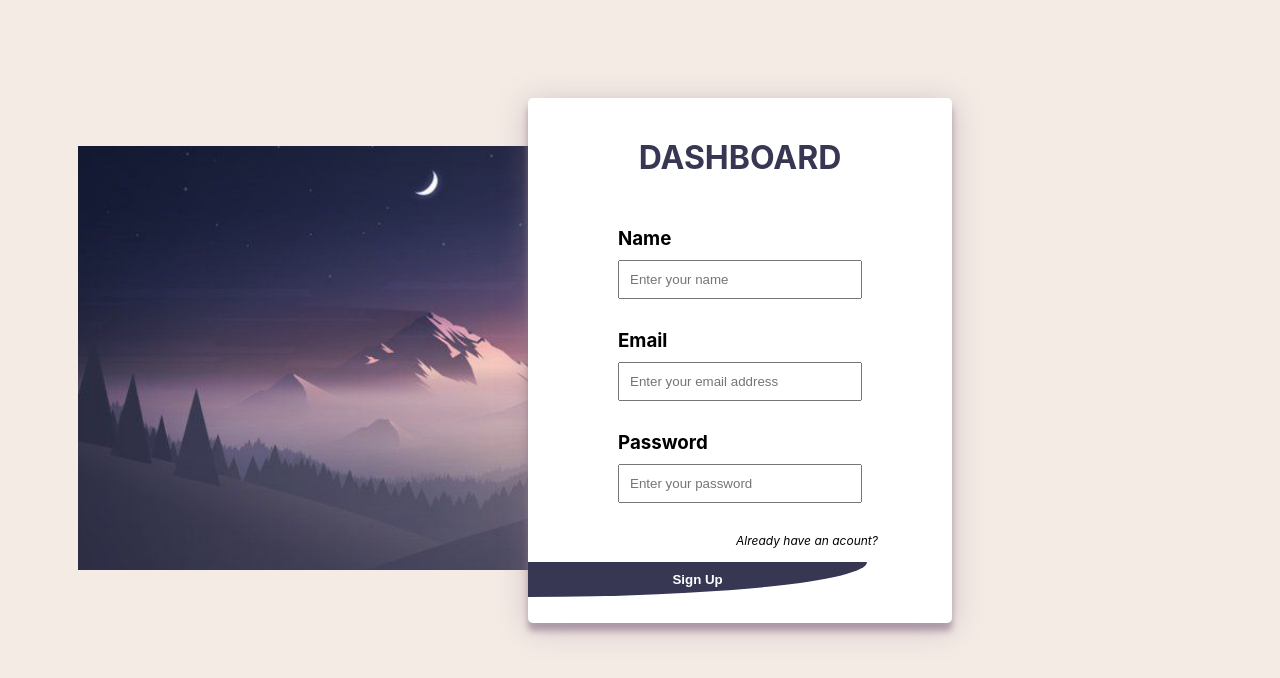
Repository: syni18/internshala-project
Page: /, after clicking the first element matching `p`
An editor plug-in stored every save of this project. The page is shown before and after a run of saves, followed by the edit.
The browser window is 1280 px wide. The pictures show the whole page.
The project was rebuilt for these pictures with package versions that can differ from the ones it lists, and the page was loaded fresh each time. Also part of the build but not shown: src/dashboard/sidebar.css, src/dashboard/Sidebar.jsx, src/home/home.css, src/home/Home.jsx, src/profile/profile.css, src/profile/Profile.jsx, src/todocal/TodoList.jsx, src/todocal/Todo.jsx and 3 more.

Above is the page before, as saved 2022-08-30 16:23:29.

### src/StateProvider.jsx
import { createContext, useContext, useState, useEffect } from "react";
import {
  signInWithEmailAndPassword,
  createUserWithEmailAndPassword,
  onAuthStateChanged,
  signOut,
  updateProfile,
  sendPasswordResetEmail,
} from "firebase/auth";
import { auth } from "./firebaseconfig";

export const UserContext = createContext({});

export const useUserContext = () => {
  return useContext(UserContext);
};

export const UserContextProvider = ({ children }) => {
  const [user, setUser] = useState(null);
  const [loading, setLoading] = useState(false);
  const [error, setError] = useState("");

  useEffect(() => {

    setLoading(true);
    const unsubscribe = onAuthStateChanged(auth, (res) => {
      if (res) {
        setUser(res);
      } else {
        setUser(null);
      }
      setError("");
      setLoading(false);
    });
    return unsubscribe;
  }, []);

  const registerUser = (email, password, name) => {
    setLoading(true);
    createUserWithEmailAndPassword(auth, email, password)
      .then(() =>
        updateProfile(auth.currentUser, {
          displayName: name,
        })
      )
      .then((res) => console.log(res))
      .catch((err) => setError(err.message))
      .finally(() => setLoading(false));
  };

  const signInUser = (email, password) => {
    setLoading(true);
    signInWithEmailAndPassword(auth, email, password)
      .then((res) => console.log(res))
      .catch((err) => setError(err.code))
      .finally(() => setLoading(false));
  };

  const logoutUser = () => {
    signOut(auth);
  };

  const forgotPassword = (email) => {
    return sendPasswordResetEmail(auth, email);
  };

  const contextValue = {
    user,
    loading,
    error,
    signInUser,
    registerUser,
    logoutUser,
    forgotPassword,
  };
  return (
    <UserContext.Provider value={contextValue}>{children}</UserContext.Provider>
  );
};

### src/login/Login.jsx
import React, { useRef } from "react";
import { useUserContext } from "../StateProvider";
import bgwall from '../images/bgwall.jpg'
import "./login.css";

function Login() {

  const emailRef = useRef();
  const psdRef = useRef();
  const { registerUser } = useUserContext();
  const { signInUser,  } = useUserContext();


  const onSubmit = (e) => {
    e.preventDefault();
    const email = emailRef.current.value;
    const password = psdRef.current.value;
    if (email && password) {
      registerUser(email, password);
    }
  };

  const onSignin = (e) => {
    e.preventDefault();
    const email = emailRef.current.value;
    const password = psdRef.current.value;
    if (email && password) {
      signInUser(email, password)
    };
  };


  return (
    <div className="login">
      <div className="login_img">
        <img src={bgwall} alt="" />
      </div>
      <div className="login_container">
        <h1>DASHBOARD</h1>
        <form onSubmit={onSubmit}>
          <h3>Email</h3>
          <input
            type="email"
            ref={emailRef}
            placeholder="Enter your email address"
          />
          <h3>Password</h3>
          <input
            type="password"
            ref={psdRef}
            placeholder="Enter your password"
          />

          <button onClick={onSignin}>Login</button>
          {/* <button class="btn" onClick={onSubmit}>Sign Up</button> */}
        </form>
      </div>
    </div>
  );
}

export default Login

### src/login/SignUp.jsx
import React, { useRef } from "react";
import { useNavigate } from "react-router-dom";
import { useUserContext } from "../StateProvider";
import bgwall from "../images/bgwall.jpg";
import "./login.css";

function SignUp() {
  const navigate = useNavigate();
  const emailRef = useRef();
  const nameRef = useRef();
  const psdRef = useRef();
  const { registerUser } = useUserContext();



  const onSubmit = (e) => {
    e.preventDefault();
    const name = nameRef.current.value;
    const email = emailRef.current.value;
    const password = psdRef.current.value;
    if (email && password && name) {
      registerUser(email, password, name);
      navigate("/");
    }
  };


  return (
    <div className="login">
      <div className="login_img">
        <img src={bgwall} alt="" />
      </div>
      <div className="login_container">
        <h1>DASHBOARD</h1>
        <form onSubmit={onSubmit}>
          <h3>Name</h3>
          <input placeholder="Enter your name" type="name" ref={nameRef} />
          <h3>Email</h3>
          <input
            type="email"
            ref={emailRef}
            placeholder="Enter your email address"
          />
          <h3>Password</h3>
          <input
            type="password"
            ref={psdRef}
            placeholder="Enter your password"
          />

          <button class="btn" onClick={onSubmit}>
            Sign Up
          </button>
        </form>
      </div>
    </div>
  );
}

export default SignUp;

### src/login/Auth.jsx
import React, { useState } from "react";
import Login from "./Login";
import SignUp from "./SignUp";
import './auth.css'
const Auth = () => {
  const [index, setIndex] = useState(false);
  const toggleIndex = () => {
    setIndex((prevState) => !prevState);
  };
  return (
    <div className="container">
      {!index ? <Login /> : <SignUp />}
      <p onClick={toggleIndex}>
        {!index ? "New user? Click here " : "Already have an acount?"}
      </p>
    </div>
  );
};

export default Auth;

### src/firebaseconfig.jsx
// import firebase from './firebase'
import {initializeApp} from 'firebase/app'
import {getAuth} from 'firebase/auth'


const firebaseConfig = {
  apiKey: "AIzaSyDVNoV1MkQllHisnoMCIAddM7Hvozm_pHI",
  authDomain: "internshala-project-b7454.firebaseapp.com",
  projectId: "internshala-project-b7454",
  storageBucket: "internshala-project-b7454.appspot.com",
  messagingSenderId: "542399112034",
  appId: "1:542399112034:web:14aea6166a26dbb89c823b",
  measurementId: "G-8Q498T4H87",
};

const app = initializeApp(firebaseConfig);


export const auth = getAuth(app);
export default app;

### src/login/login.css
.login {
    background-color: #F4EBE5;
    height: 100vh;
    width: 100vw;
    display: flex;
    justify-content: center;
    align-items: center;
}

.login_img img {
    width: 700px;
    /* border-radius: 100px; */
    transform: rotate(360deg)

}

.login_container {
    /* border: 3px solid rgb(56, 55, 83); */
    /* border-left: none; */
    position: relative;
    right: 250px;
    padding:90px;
    text-align: center;
    background-color: #fff;
    border-radius: 5px;
    box-shadow: 0 8px 6px rgb(143, 118, 140,0.6),
        0 5px 30px rgb(143, 118, 140,0.4);
}
.login_container h1 {
    display: flex;
    margin-top: -50px;
    margin-bottom: 50px;
    color: rgb(56, 55, 83);
    align-items: center;
    justify-content: center;
}
.login_container .btn{
    position: absolute;
    bottom: 4.8%;
    left: 0;
    width: 80%;
    padding: 10px 0;
    /* border-top-right-radius: 30px; */
    border-bottom-right-radius: 100%;
    cursor: pointer;
}
.login_container form {
    display: flex;
    flex-direction: column;
}
.login_container form h3 {
    text-align: left;
    margin-bottom: 10px;
}
.login_container  input {
    padding: 10px 10px;
    margin-bottom: 30px;
    outline: none;
    width: 220px;
}
.login_container button {
        background-color: rgb(56, 55, 83);
        color: white;
        border: none;
        padding: 8px 20px;
        width: max-content;
        font-weight: 600;
}

### src/todocal/todo.css
.dashboard_body {
    background-image: url("../images/dashboardSidebar.jpg");
        background-position:right;
        background-repeat: no-repeat;
        background-size:78%;
        overflow: scroll;

        /* border-bottom-right-radius: 10px; */
}

::-webkit-scrollbar {
    width: 20px;
}
::-webkit-scrollbar-thumb{
    display: none;
}
.forTodo h1 {
    margin: 20px 10px;
    display: flex;
    justify-content: space-between;
    align-items: center;
    position: sticky;
    top: 5%;
}
.todo_container {
    margin-top: 30px;
    display: flex;
    justify-content: flex-start;
    align-items: center;
    position: sticky;
    top: 17%;
    background: #fff;
}
.todo_container input {
    padding: 10px;
    width: 30%;
    outline: none;
    border: none;
    border-bottom: 2px solid salmon;
}
.todo_container  .MuiSvgIcon-root {
    color: #93c0be;
}
.todo_container .MuiSvgIcon-root:hover {
    color: rgb(110, 181, 5);
    transform: rotate(120deg);
}
.todo_list {
    margin-top: 15px;
    margin-left: 20px;
    font-size: 20px;


}
.todo_list ol {
    list-style: none;
    position: fixed;
    max-height: 380px;
    overflow: scroll;

}
.todo_list ol li {
    display: flex;
    justify-content: flex-start;
    align-items: center;
    font-weight: 300;
}
.todo_list ol li .MuiSvgIcon-root{
    padding-right: 20px;
    font-size: 30px;
}
.todo_list ol li .MuiSvgIcon-root:hover{
    color: rgb(248, 28, 28);
}

### src/login/auth.css
.container > p {
    position: absolute;
    top: 74%;
    left: 57.5%;
    font-size: 12px;
    font-style: italic;
    cursor: pointer;
}

Loaded but not shown: public/index.html (common file); src/index.js (common file); src/index.css (common file); src/App.js (common file); src/App.css (common file)

After the next 3 saves:
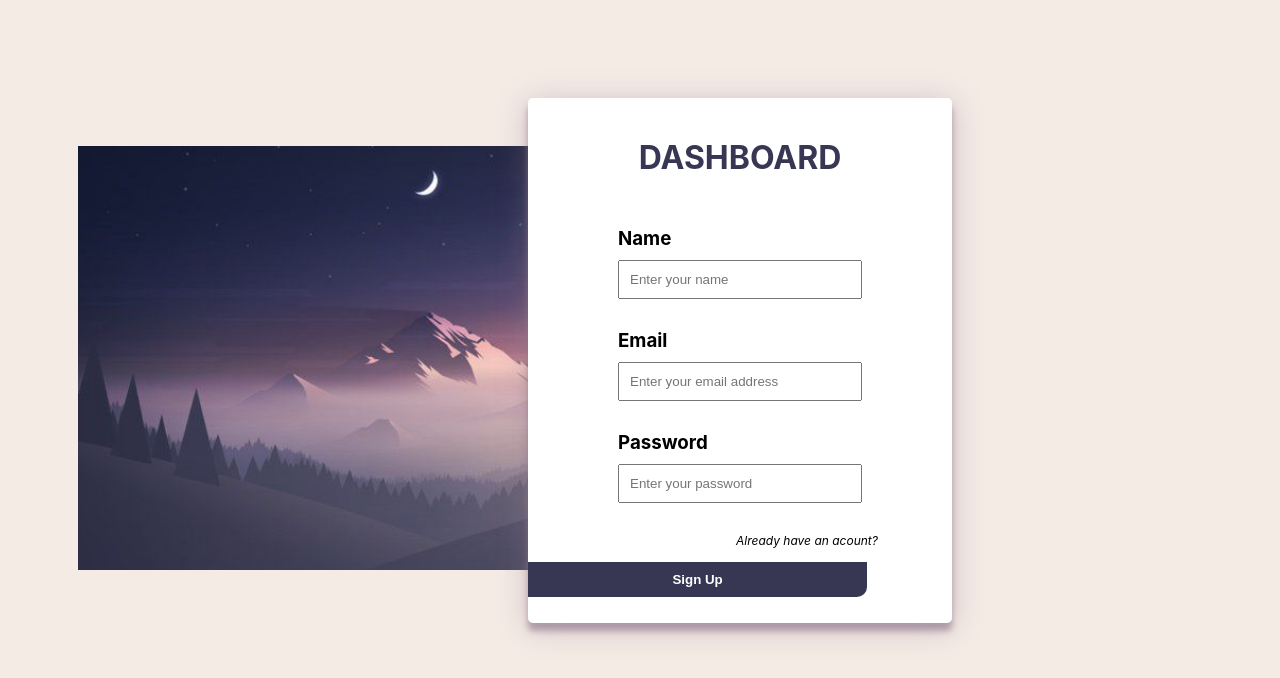
The 3 saves are shown as one change because they came seconds apart.
The last was saved 21 s later.
--- a/src/login/login.css
+++ b/src/login/login.css
@@ -41,7 +41,7 @@
     width: 80%;
     padding: 10px 0;
     /* border-top-right-radius: 30px; */
-    border-bottom-right-radius: 100%;
+    border-bottom-right-radius: 10px;
     cursor: pointer;
 }
 .login_container form {
